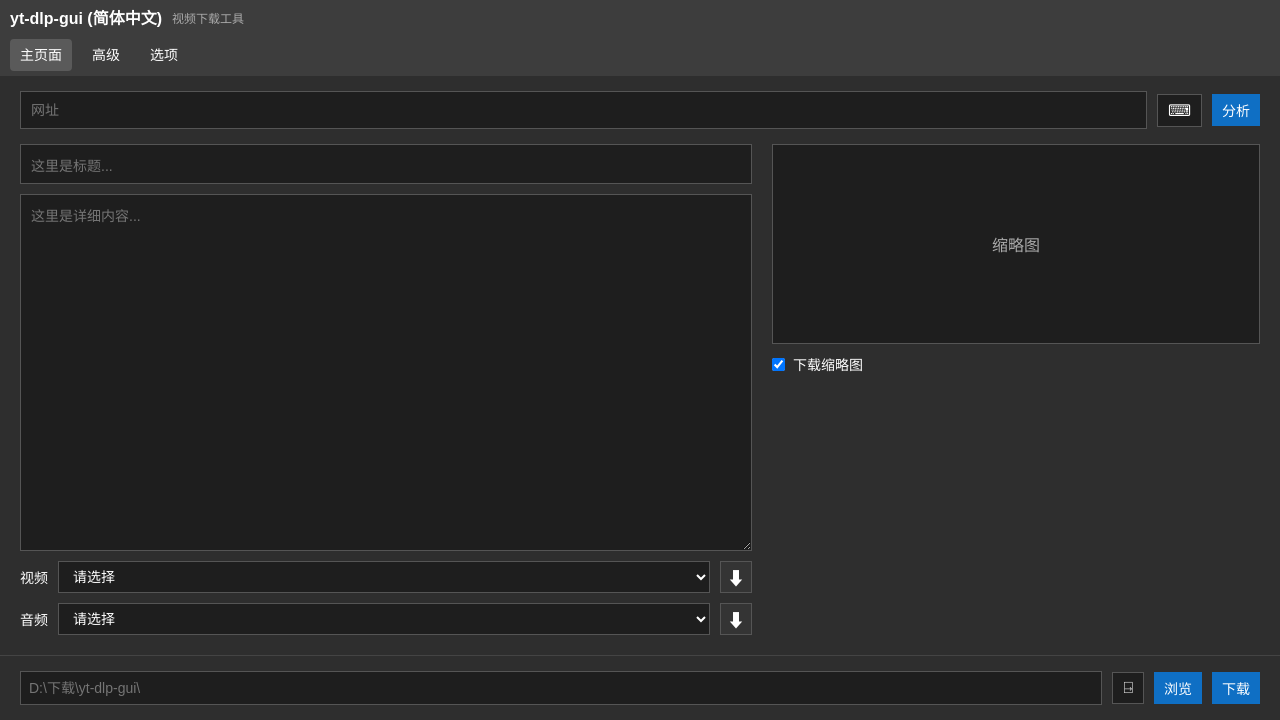
Repository: zArvin6808/yt-TubeSaver
Page: index.html
The author's editor kept a copy of each file at every save. The page is drawn from the files as they stood at one save, then again after the next save.
The browser window is 1280 px wide. The pictures show the whole page.

Above is the page before, as saved 2025-06-06 13:23:02.

After the next save:
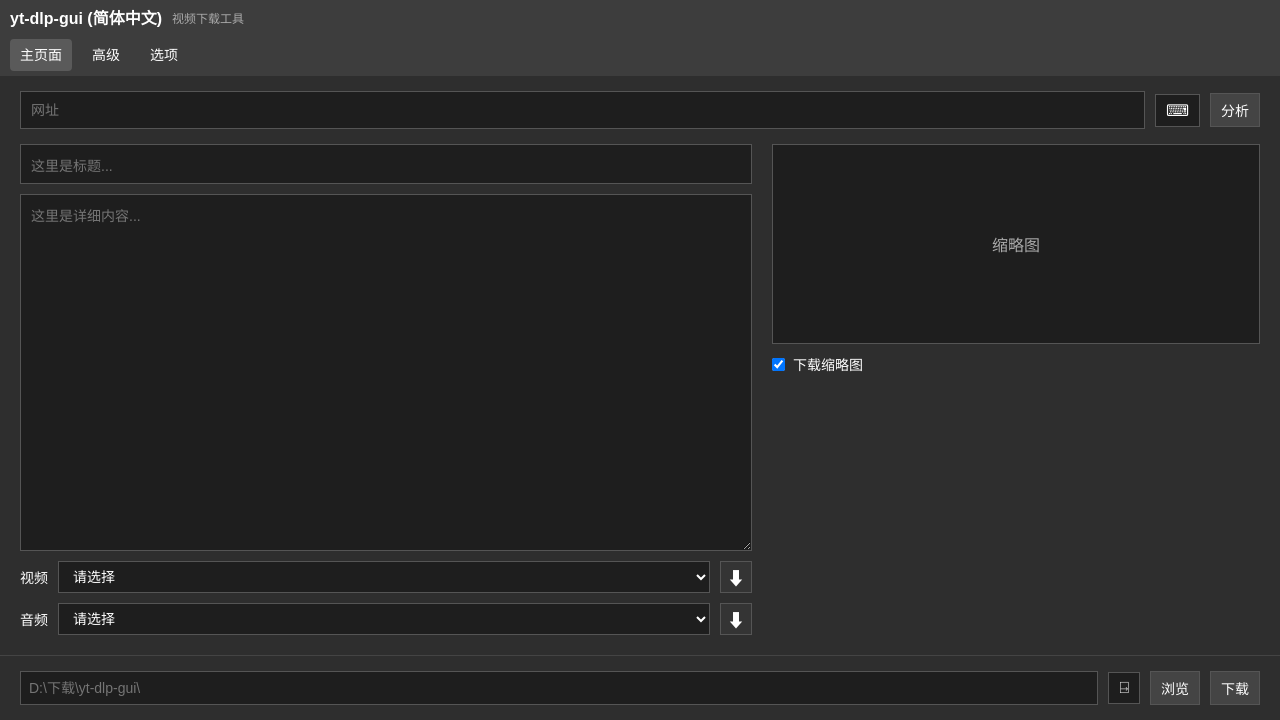
Saved 26 h 8 min later.
--- a/style.css
+++ b/style.css
@@ -147,16 +147,18 @@
 
     /* 基础按钮样式 */
     button {
-      background-color: #0f6fc4;
+      background-color: #444;
       color: white;
-      border: none;
+      border: 1px solid #555;
       padding: 6px 10px;
       cursor: pointer;
       font-size: 14px;
+      transition: all 0.2s ease;
     }
 
     button:hover {
-      background-color: #147ac9;
+      background-color: #555;
+      border-color: #666;
     }
 
     /* 图标按钮样式 */
